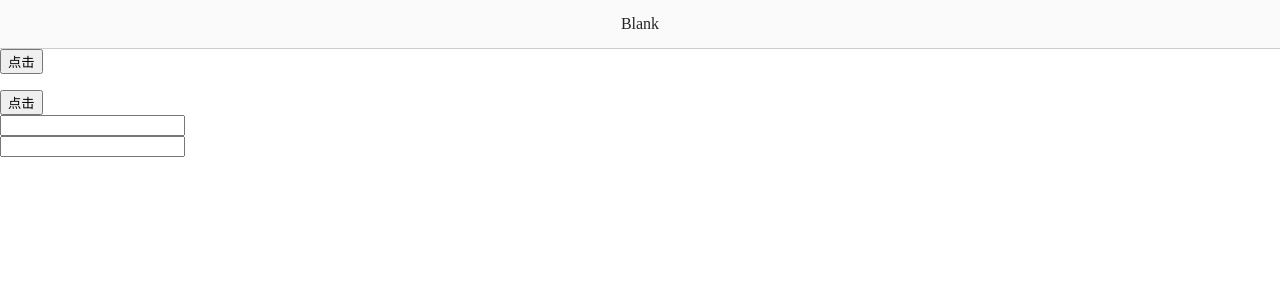
Repository: andycj7/-
Page: web/test2/index.html
An editor plug-in stored every save of this project. The page is shown before and after the next save, followed by the edit.
The browser window is 1280 px wide. The pictures show the whole page.
After loading, the first visible `#b_1` was clicked once.

Above is the page before, as saved 2020-07-15 01:38:24.

After the next save:
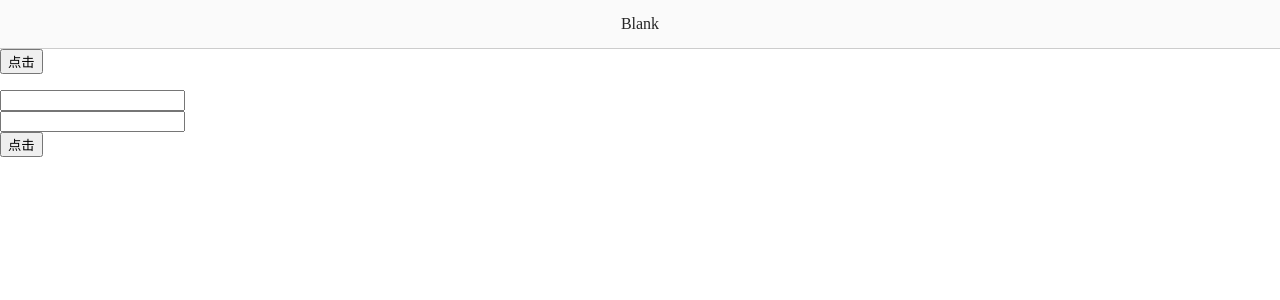
Saved 40 s later.
--- a/web/test2/index.html
+++ b/web/test2/index.html
@@ -25,11 +25,12 @@ function add(){
 	var br_2 = document.createElement("br");
 
 	var bd_1 = document.getElementById("bd_1");
-	bd_1.appendChild(button_2);
-	bd_1.appendChild(br_1);
 	bd_1.appendChild(input_1);
 	bd_1.appendChild(br_2);
 	bd_1.appendChild(input_2);
+	bd_1.appendChild(br_1);
+	bd_1.appendChild(button_2);
+
 }
 
 </script>
